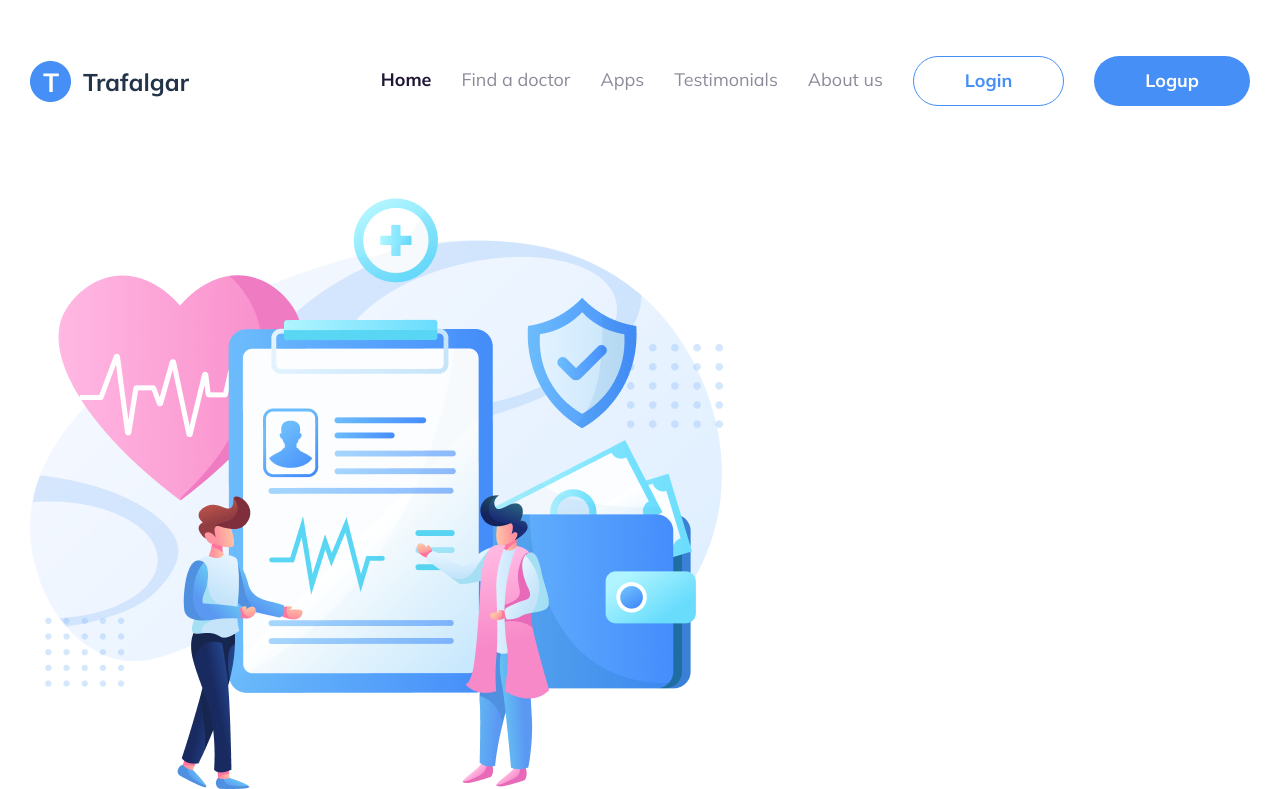
Repository: tungcutte35/Trafalgar
Page: index.html
An editor plug-in stored every save of this project. The page is shown before and after a run of saves, followed by the edit.
The browser window is 1280 px wide. The pictures show the whole page.
The style sheet was rebuilt from its Sass, Less or Tailwind sources for each picture, by a compiler version that may differ from the author's.

Above is the page before, as saved 2021-10-17 16:46:57.

### index.html
<!DOCTYPE html>
<html lang="en">
<head>
  <meta charset="UTF-8">
  <meta http-equiv="X-UA-Compatible" content="IE=edge">
  <meta name="viewport" content="width=device-width, initial-scale=1.0">
  <title>HE</title>
  <link rel="stylesheet" href="./sass/css/app.css">
  <link rel="preconnect" href="https://fonts.googleapis.com">
  <link rel="preconnect" href="https://fonts.gstatic.com" crossorigin>
  <link href="https://fonts.googleapis.com/css2?family=Mulish:wght@300;400;700&display=swap" rel="stylesheet">
 <link rel="stylesheet" href="./font/fontawesome-free-5.15.4-web/css/all.min.css">
</head>
<body>
  <div class="wrapper">
    <header class="header">
    <div class="container">
      <div class="header-main">
        <img srcset="./Images/logo.png 2x" alt="" class="header-img">
        <ul class="menu">
          <li class="menu-item">
            <a href="#" class="menu-link menu-firsd">Home</a>
          </li>
          <li class="menu-item">
            <a href="#" class="menu-link">Find a doctor</a>
          </li>
          <li class="menu-item">
            <a href="#" class="menu-link">Apps</a>
          </li>
          <li class="menu-item">
            <a href="#" class="menu-link">Testimonials</a>
          </li>
          <li class="menu-item">
            <a href="#" class="menu-link">About us</a>
          </li>
          <li class="menu-log">
            <a href="#" class="button button--outline ">Login</a>
          </li>
          <li class="menu-log">
            <a href="#" class="button button--primary ">Logup</a>
          </li>
        </ul>
      </div>
    </div>
    </header>
    <section class="virtual">
      <div class="container">
        <div class="virtual-main">
          <div class="virtual-firsd">

          </div>
          <div class="virtual-img">
            <img srcset="./Images/img1.png 2x" alt="" class="virtual-imgs">
          </div>
        </div>
      </div>
    </section>
  </div>


</body>
</html>

### sass/app.scss
@import "reset";
@import "variables";
@import "global";
@import "header";
@import "./menu";

### sass/_variables.scss
$font: "Mulish", sans-serif;
$gray: #1f1534;
$heading-color: #000000;
$primary-color: #458ff6;
$footer-color: #fff;

### sass/_global.scss
.wrapper {
  max-width: 1600px;
  margin: 0 auto;
}
.container {
  max-width: 1260px;
  margin: 0 auto;
  padding: 0 20px;
}
body {
  font-family: $font;
  line-height: 1;
  font-size: 16px;
  color: $gray;
}
ul {
  list-style-type: none;
}
.button {
  display: inline-flex;
  justify-content: center;
  align-items: center;
  font-size: 18px;
  font-weight: 700;
  height: 50px;
  padding: 0 51px;
  border-radius: 55px;
  background-color: transparent;
  border: 0;
  outline: none;
  cursor: pointer;
  &--primary {
    color: #fff;
    background-color: $primary-color;
  }
  &--outline {
    color: $primary-color;
    border: 1.4px solid $primary-color;
  }
}

### sass/_header.scss
.header {
  padding-top: 56px;
  margin-bottom: 85px;
  &-main {
    display: flex;
    justify-content: space-between;
    align-items: center;
  }
  &-log {
    display: flex;
    justify-content: space-between;
    align-items: center;
    gap: 0 40px;
  }
}

### sass/_menu.scss
.menu {
  display: flex;
  align-items: center;
  gap: 0 30px;
  &-link {
    color: #8f8a9a;
    font-size: 18px;
  }
  &-firsd {
    color: $gray;
    font-weight: 700;
  }
  &-link:after {
    display: block;
    content: "";
    border-bottom: solid 2px $primary-color;
    transform: scaleX(0);
    transition: transform 250ms ease-in-out;
  }
  &-link:hover:after {
    transform: scaleX(1);
  }
  &-link:hover {
    color: $primary-color;
  }
}

Loaded but not shown: font/fontawesome-free-5.15.4-web/css/all.min.css (library); sass/_reset.scss (common file)

After the next 2 saves:
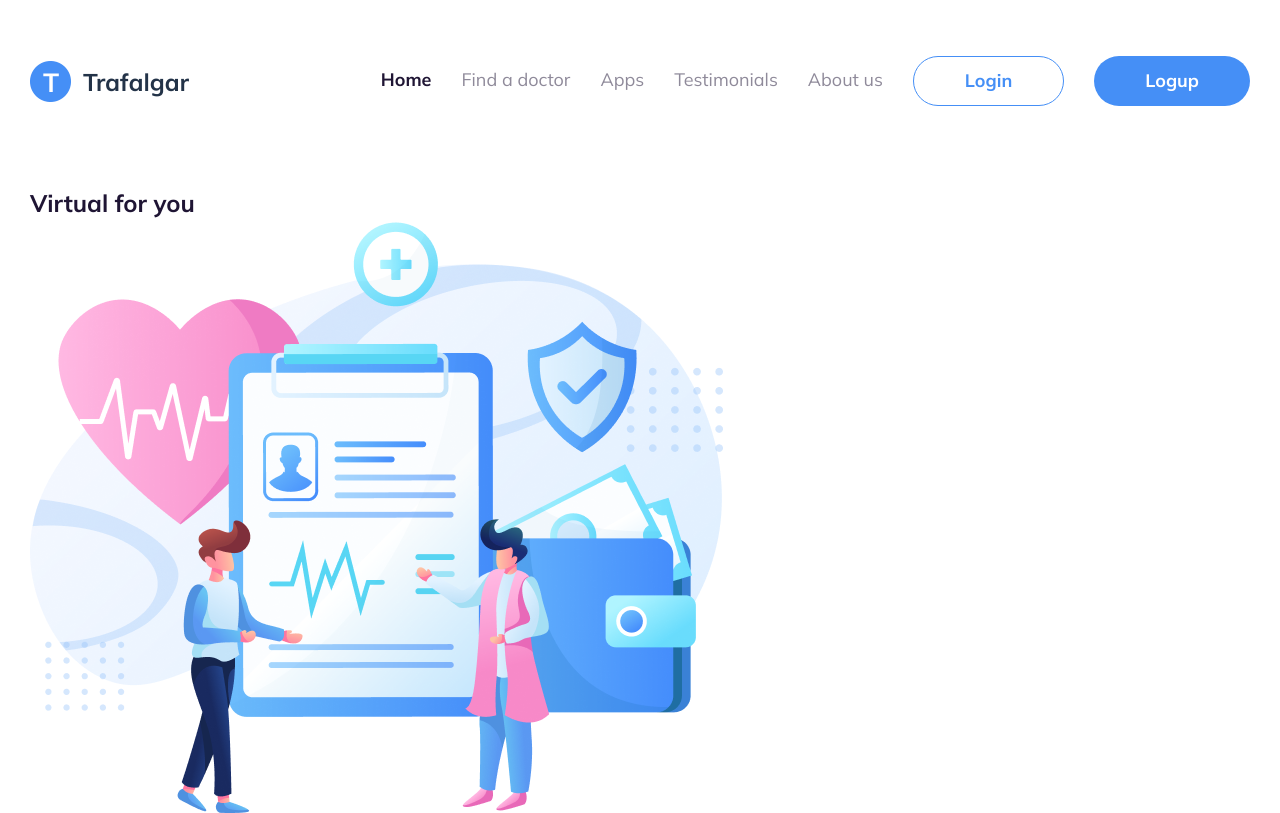
The 2 saves are shown as one change because they came seconds apart.
The last was saved 37 s later.
--- a/index.html
+++ b/index.html
@@ -47,7 +47,8 @@
       <div class="container">
         <div class="virtual-main">
           <div class="virtual-firsd">
-
+            <h2 class="virtual-heading">Virtual
+              for you</h2>
           </div>
           <div class="virtual-img">
             <img srcset="./Images/img1.png 2x" alt="" class="virtual-imgs">
